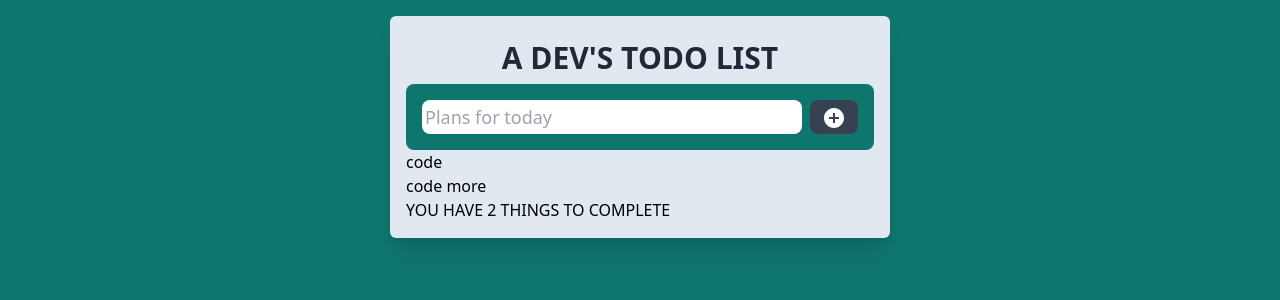
Repository: DevAntonioRogers/React-Todo-CRUD-App
Page: /
The author's editor kept a copy of each file at every save. The page is drawn from the files as they stood at one save, then again after the next save.
The browser window is 1280 px wide. The pictures show the whole page.
The project was rebuilt for these pictures with package versions that can differ from the ones it lists, and the page was loaded fresh each time. Also part of the build but not shown: vite.config.ts.

Above is the page before, as saved 2023-05-14 19:49:49.

After the next save:
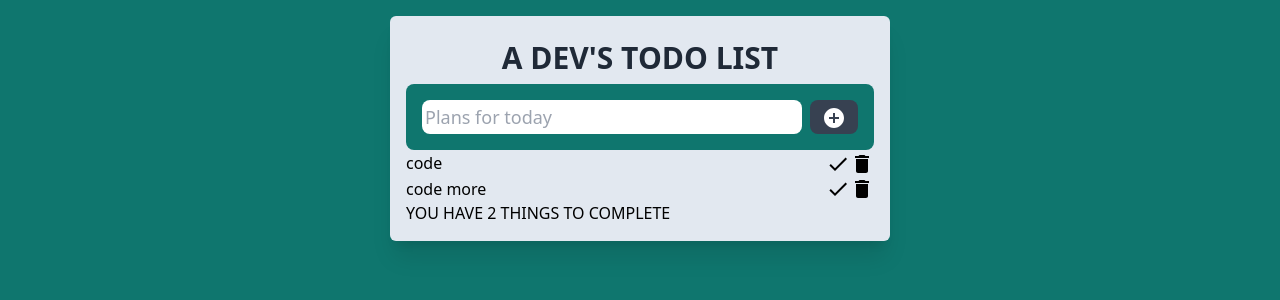
Saved 33 s later.
--- a/src/components/Todo.tsx
+++ b/src/components/Todo.tsx
@@ -1,4 +1,5 @@
 import CheckIcon from "@mui/icons-material/Check";
+import DeleteIcon from "@mui/icons-material/Delete";
 
 interface TodoProps {
   todos: string;
@@ -9,7 +10,10 @@ const Todo = ({ todos }: TodoProps) => {
     <li>
       <div className="flex items-center justify-between">
         <p>{todos}</p>
-        <div></div>
+        <div>
+          <CheckIcon />
+          <DeleteIcon />
+        </div>
       </div>
     </li>
   );
